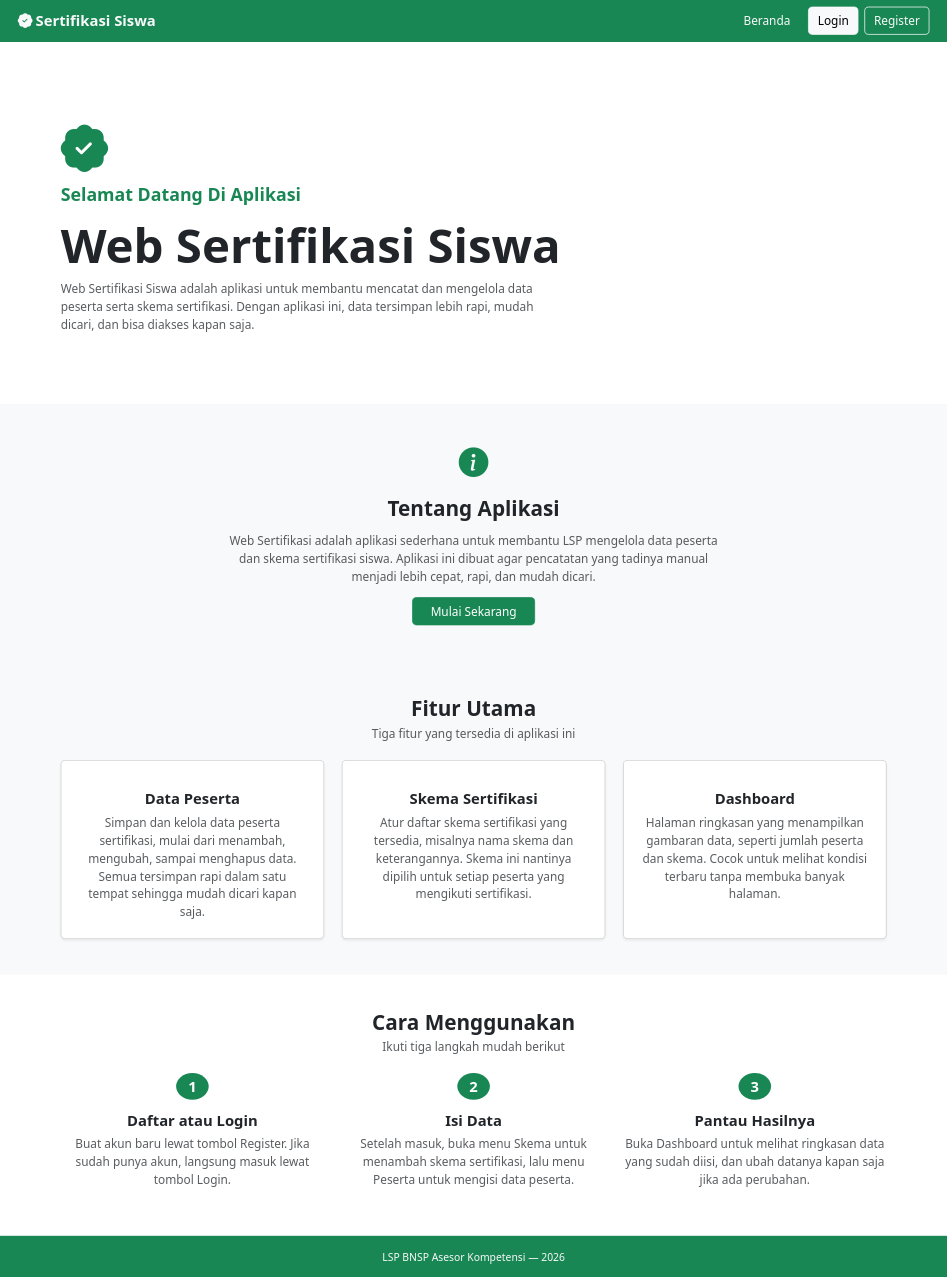
Repository: Zaki-Blip/USK_Project
Page: http://localhost/
The author's editor kept a copy of each file at every save. The page is drawn from the files as they stood at one save, then again after the next save.
The browser window is 1280 px wide. The pictures show the whole page, at 74% of full size.
The page is served by the project's Laravel application, run on PHP 8.4 with Laravel 12. Other server files are loaded and not shown.

Above is the page before, as saved 2026-10-13 18:13:07.

### routes/web.php
<?php

use Illuminate\Support\Facades\Route;
use App\Http\Controllers\AuthController;
use App\Http\Controllers\DashboardController;
use App\Http\Controllers\PesertaController;
use App\Http\Controllers\SkemaController;

// Halaman Awal (publik)
Route::view('/', 'halamanAwal')->name('halamanAwal');

// Area Guest (belum login)
Route::middleware('guest')->group(function () {
    Route::get('/login', [AuthController::class, 'showLogin'])->name('login');
    Route::post('/login', [AuthController::class, 'login']);

    Route::get('/register', [AuthController::class, 'showRegister'])->name('register');
    Route::post('/register', [AuthController::class, 'register']);
});

// Area Terproteksi (sudah login)
Route::middleware('auth')->group(function () {
    Route::post('/logout', [AuthController::class, 'logout'])->name('logout');
    Route::get('/dashboard', [DashboardController::class, 'index'])->name('dashboard');

    // Khusus admin
    Route::middleware('role:admin')->group(function () {
        Route::resource('peserta', PesertaController::class)
            ->parameters(['peserta' => 'peserta'])
            ->only(['destroy']);

        Route::resource('skema', SkemaController::class);
    });

    // Admin & user (pembatasan data dilakukan di controller)
    Route::resource('peserta', PesertaController::class)
        ->parameters(['peserta' => 'peserta'])
        ->only(['index', 'show', 'create', 'store', 'edit', 'update']);
});

### resources/views/halamanAwal.blade.php
<!DOCTYPE html>
<html lang="id">
<head>
    <meta charset="UTF-8">
    <meta name="viewport" content="width=device-width, initial-scale=1">
    <title>Selamat Datang - Web Sertifikasi</title>
    <link href="https://cdn.jsdelivr.net/npm/bootstrap@5.3.0/dist/css/bootstrap.min.css" rel="stylesheet">
    <link href="https://cdn.jsdelivr.net/npm/bootstrap-icons@1.11.0/font/bootstrap-icons.css" rel="stylesheet">
    <style>
        html { scroll-behavior: smooth; }
        section { scroll-margin-top: 70px; } /* supaya judul tidak tertutup oleh navbar */
    </style>
</head>
<body class="bg-white">

<nav class="navbar navbar-expand-md bg-success sticky-top">
    <div class="container-fluid px-4">
        <a href="#beranda" class="navbar-brand fw-bold text-light">
            <i class="bi bi-patch-check-fill me-1"></i>Sertifikasi Siswa
        </a>
        <button class="navbar-toggler bg-light" type="button" data-bs-toggle="collapse" data-bs-target="#menu">
            <span class="navbar-toggler-icon"></span>
        </button>
        <div class="collapse navbar-collapse" id="menu">
            <ul class="navbar-nav ms-auto me-md-3">
                <li class="nav-item"><a class="nav-link text-light" href="#beranda">Beranda</a></li>
            </ul>
            <div class="d-flex gap-2 mt-2 mt-md-0">
                <a href="{{ route('login') }}" class="btn btn-light">Login</a>
                <a href="{{ route('register') }}" class="btn btn-outline-light">Register</a>
            </div>
        </div>
    </div>
</nav>
@if(session('sukses'))
    <div class="alert alert-success text-center mb-0 rounded-0">{{ session('sukses') }}</div>
@endif
<section id="beranda" class="container text-start py-5">
    <div class="py-5">
        <i class="bi bi-patch-check-fill text-success" style="font-size: 4rem;"></i>
        <h4 class="text-success fw-bold">Selamat Datang Di Aplikasi</h4>
        <h1 class="display-3 fw-bold mt-3">Web Sertifikasi Siswa</h1>
        <p class="text-muted mb-0" style="max-width: 650px;">
            Web Sertifikasi Siswa adalah aplikasi untuk membantu mencatat dan mengelola
            data peserta serta skema sertifikasi. Dengan aplikasi ini, data tersimpan
            lebih rapi, mudah dicari, dan bisa diakses kapan saja.
        </p>
    </div>
</section>
<section id="tentang" class="bg-light py-5">
    <div class="container text-center" style="max-width: 700px;">
        <i class="bi bi-info-circle-fill text-success" style="font-size: 2.5rem;"></i>
        <h3 class="fw-bold mt-3 mb-3">Tentang Aplikasi</h3>
        <p class="text-muted">
            Web Sertifikasi adalah aplikasi sederhana untuk membantu LSP mengelola data
            peserta dan skema sertifikasi siswa. Aplikasi ini dibuat agar pencatatan yang
            tadinya manual menjadi lebih cepat, rapi, dan mudah dicari.
        </p>
        <a href="{{ route('login') }}" class="btn btn-success px-4">Mulai Sekarang</a>
    </div>
</section>
<section id="fitur" class="bg-light py-5">
    <div class="container text-center">
        <h3 class="fw-bold mb-1">Fitur Utama</h3>
        <p class="text-muted mb-4">Tiga fitur yang tersedia di aplikasi ini</p>

        <div class="row g-4">
            <div class="col-md-4">
                <div class="card h-100 shadow-sm p-4">
                    <i class="text-success" style="font-size: 2.5rem;"></i>
                    <h5 class="fw-bold mt-3">Data Peserta</h5>
                    <p class="text-muted mb-0">
                        Simpan dan kelola data peserta sertifikasi, mulai dari menambah,
                        mengubah, sampai menghapus data. Semua tersimpan rapi dalam satu tempat
                        sehingga mudah dicari kapan saja.
                    </p>
                </div>
            </div>
            <div class="col-md-4">
                <div class="card h-100 shadow-sm p-4">
                    <i class="text-success" style="font-size: 2.5rem;"></i>
                    <h5 class="fw-bold mt-3">Skema Sertifikasi</h5>
                    <p class="text-muted mb-0">
                        Atur daftar skema sertifikasi yang tersedia, misalnya nama skema dan
                        keterangannya. Skema ini nantinya dipilih untuk setiap peserta yang
                        mengikuti sertifikasi.
                    </p>
                </div>
            </div>
            <div class="col-md-4">
                <div class="card h-100 shadow-sm p-4">
                    <i class="text-success" style="font-size: 2.5rem;"></i>
                    <h5 class="fw-bold mt-3">Dashboard</h5>
                    <p class="text-muted mb-0">
                        Halaman ringkasan yang menampilkan gambaran data, seperti jumlah peserta
                        dan skema. Cocok untuk melihat kondisi terbaru tanpa membuka banyak halaman.
                    </p>
                </div>
            </div>
        </div>
    </div>
</section>

<section id="cara" class="container text-center py-5">
    <h3 class="fw-bold mb-1">Cara Menggunakan</h3>
    <p class="text-muted mb-4">Ikuti tiga langkah mudah berikut</p>

    <div class="row g-4">
        <div class="col-md-4">
            <span class="badge bg-success rounded-circle fs-5 px-3 py-2">1</span>
            <h5 class="fw-bold mt-3">Daftar atau Login</h5>
            <p class="text-muted">
                Buat akun baru lewat tombol Register. Jika sudah punya akun,
                langsung masuk lewat tombol Login.
            </p>
        </div>
        <div class="col-md-4">
            <span class="badge bg-success rounded-circle fs-5 px-3 py-2">2</span>
            <h5 class="fw-bold mt-3">Isi Data</h5>
            <p class="text-muted">
                Setelah masuk, buka menu Skema untuk menambah skema sertifikasi,
                lalu menu Peserta untuk mengisi data peserta.
            </p>
        </div>
        <div class="col-md-4">
            <span class="badge bg-success rounded-circle fs-5 px-3 py-2">3</span>
            <h5 class="fw-bold mt-3">Pantau Hasilnya</h5>
            <p class="text-muted">
                Buka Dashboard untuk melihat ringkasan data yang sudah diisi,
                dan ubah datanya kapan saja jika ada perubahan.
            </p>
        </div>
    </div>
</section>



<div class="bg-success text-light text-center py-3">
    <small>LSP BNSP Asesor Kompetensi — 2026</small>
</div>

<script src="https://cdn.jsdelivr.net/npm/bootstrap@5.3.0/dist/js/bootstrap.bundle.min.js"></script>
</body>
</html>

After the next save:
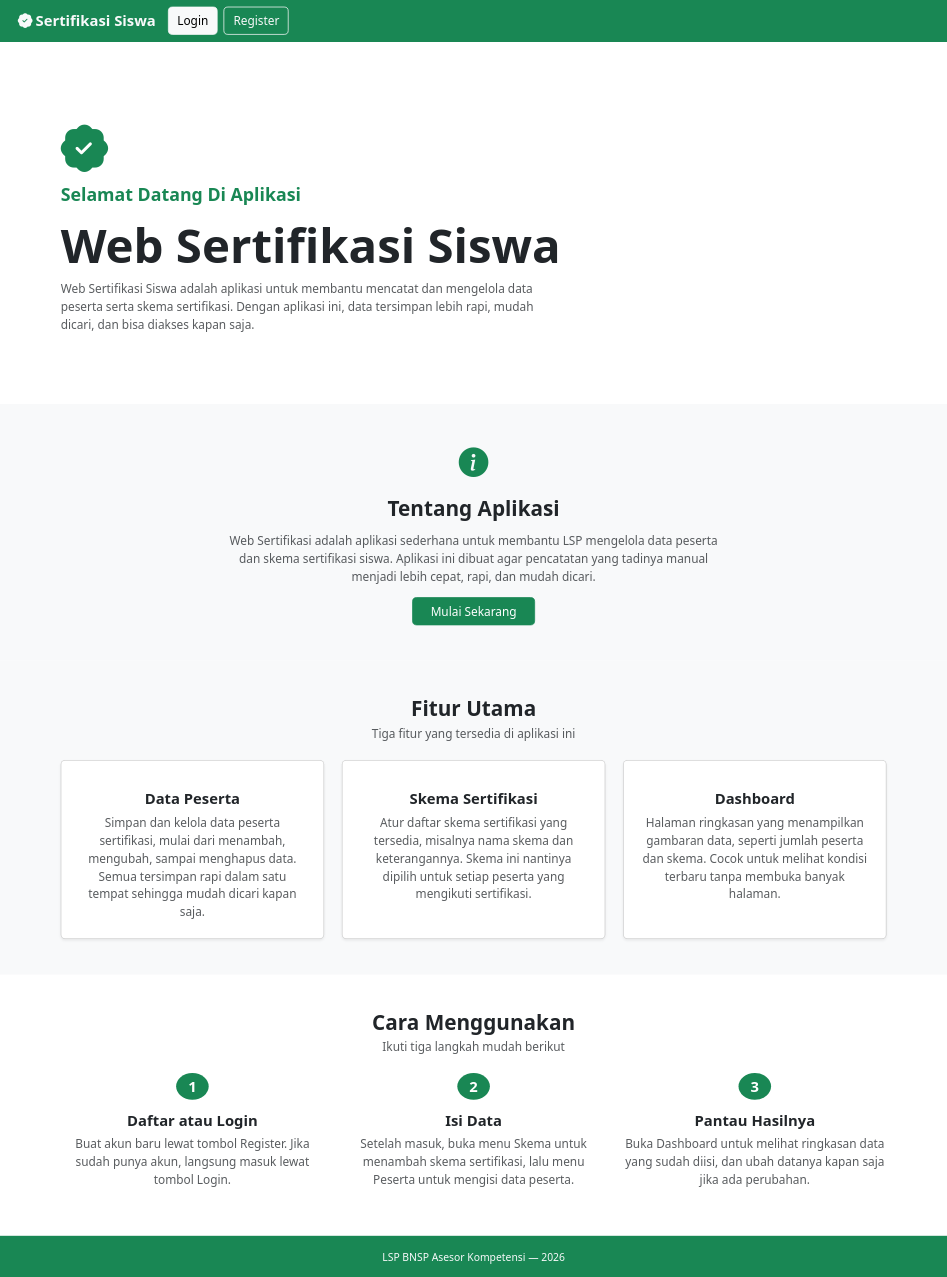
Saved 13 s later.
--- a/resources/views/halamanAwal.blade.php
+++ b/resources/views/halamanAwal.blade.php
@@ -22,9 +22,6 @@
             <span class="navbar-toggler-icon"></span>
         </button>
         <div class="collapse navbar-collapse" id="menu">
-            <ul class="navbar-nav ms-auto me-md-3">
-                <li class="nav-item"><a class="nav-link text-light" href="#beranda">Beranda</a></li>
-            </ul>
             <div class="d-flex gap-2 mt-2 mt-md-0">
                 <a href="{{ route('login') }}" class="btn btn-light">Login</a>
                 <a href="{{ route('register') }}" class="btn btn-outline-light">Register</a>

After the save that followed:
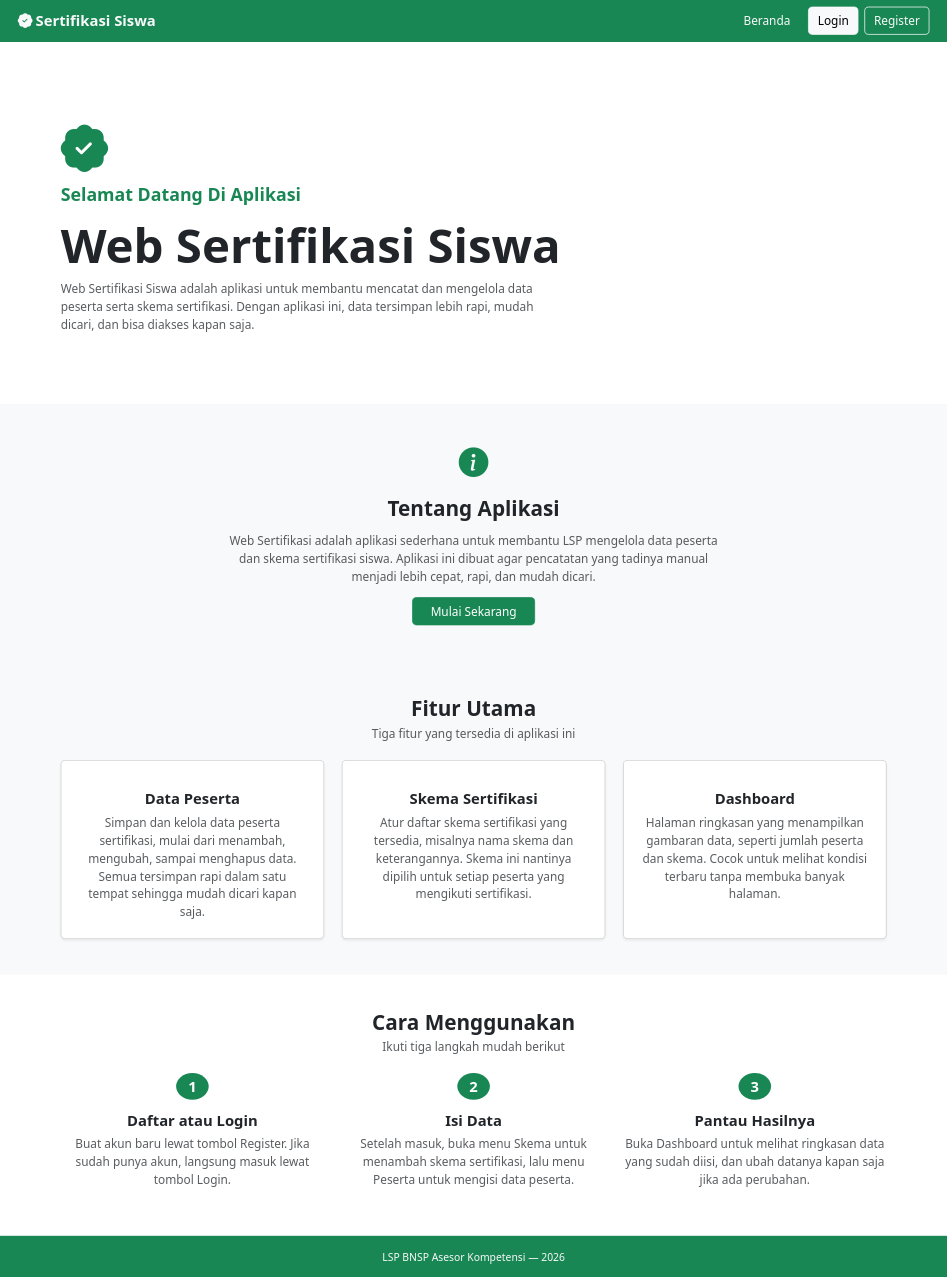
Saved 11 s later.
--- a/resources/views/halamanAwal.blade.php
+++ b/resources/views/halamanAwal.blade.php
@@ -22,6 +22,9 @@
             <span class="navbar-toggler-icon"></span>
         </button>
         <div class="collapse navbar-collapse" id="menu">
+            <ul class="navbar-nav ms-auto me-md-3">
+                <li class="nav-item"><a class="nav-link text-light" href="#beranda">Beranda</a></li>
+            </ul>
             <div class="d-flex gap-2 mt-2 mt-md-0">
                 <a href="{{ route('login') }}" class="btn btn-light">Login</a>
                 <a href="{{ route('register') }}" class="btn btn-outline-light">Register</a>
